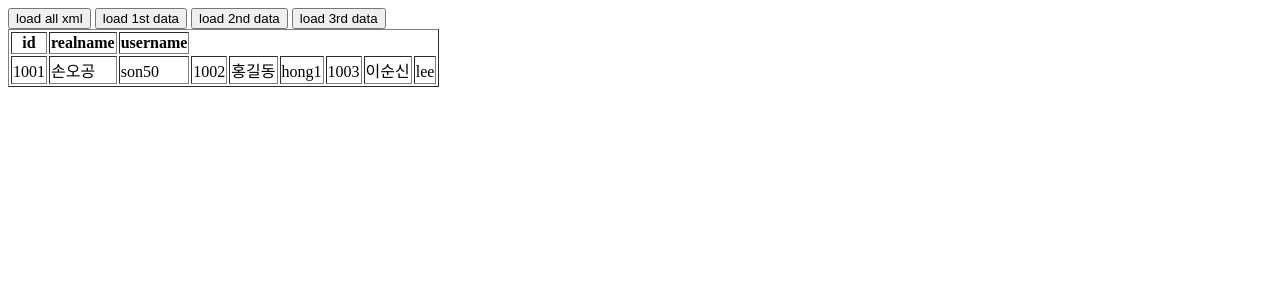
Repository: bluegony/spring_study
Page: jquerytest/src/main/webapp/loadxml.html
These files come from the project's save history. The page is drawn as it stood at one moment and after the next save; the edit follows.
The browser window is 1280 px wide. The pictures show the whole page.
After loading, the first visible `#loadAll` was clicked once.
Some web libraries are served in a nearby version.

Above is the page before, as saved 2013-09-05 03:17:54.

After the next save:
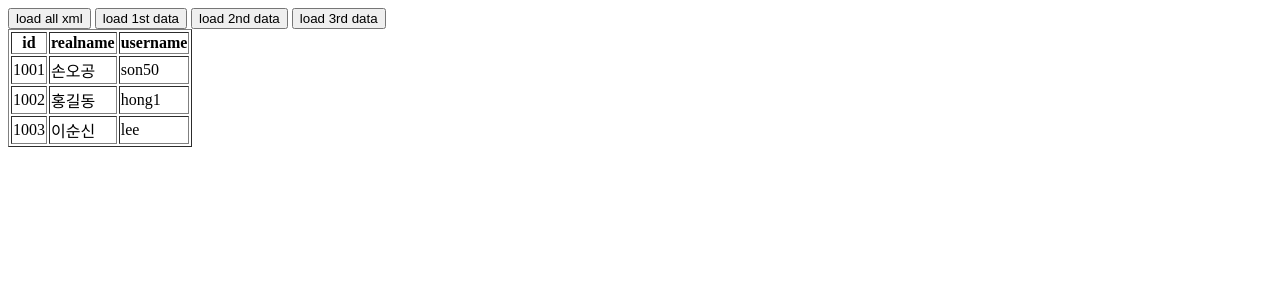
Saved 27 s later.
--- a/jquerytest/src/main/webapp/loadxml.html
+++ b/jquerytest/src/main/webapp/loadxml.html
@@ -60,7 +60,7 @@ img {
 			realname=$("realname",this).text();
 			username=$("username",this).text();
 			//$('#disp').append("<p>" + id + ":"+realname+":"+username+"</p>");
-			p = "<td>" + id + "</td><td>"+realname+"</td><td>"+username+"</td>";
+			p = "<tr><td>" + id + "</td><td>"+realname+"</td><td>"+username+"</td></tr>";
 			$(p).appendTo('table');
 		});
 
